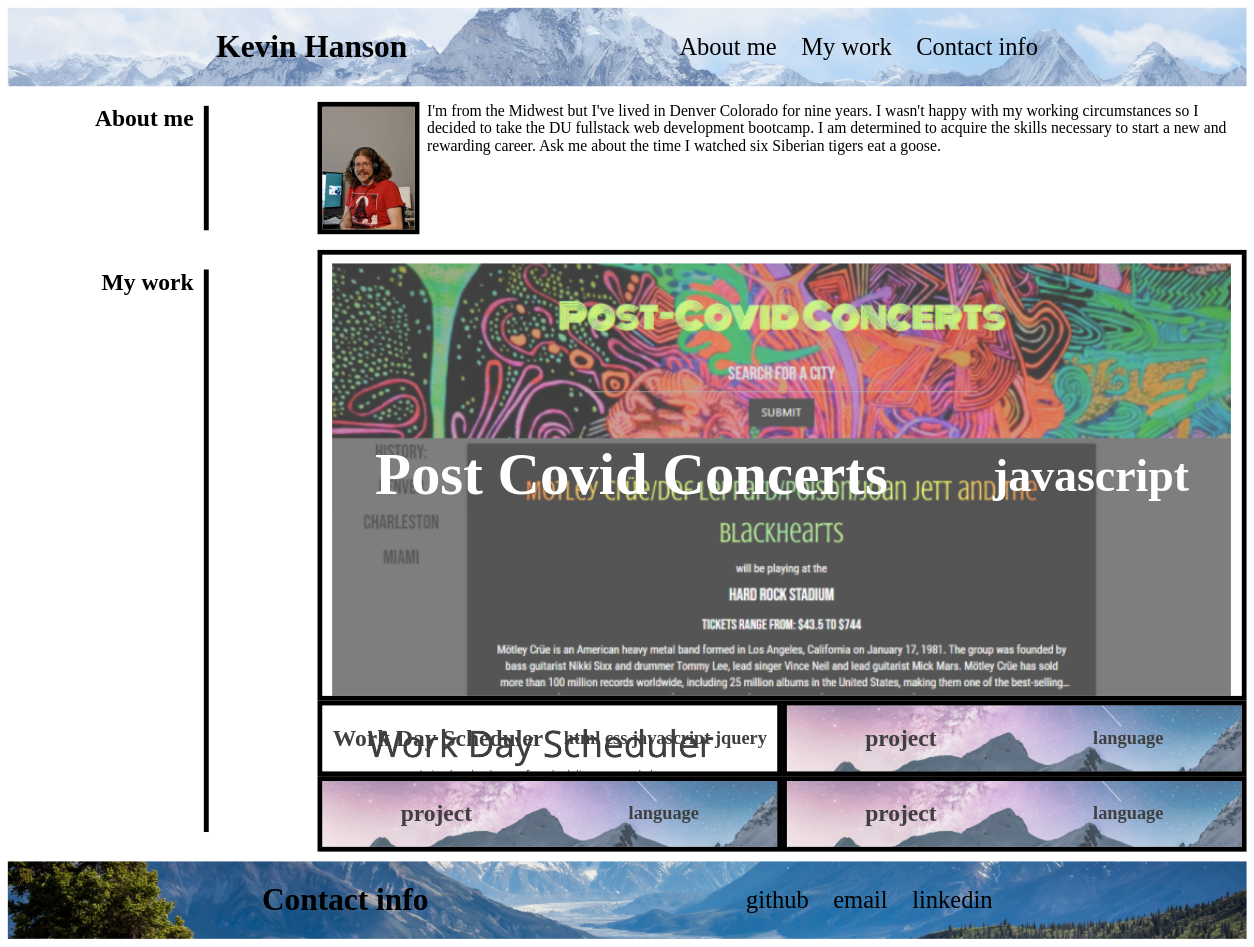
Repository: ziffoit/Projects-Portfolio
Page: index.html
The author's editor kept a copy of each file at every save. The page is drawn from the files as they stood at one save, then again after the next save.
The browser window is 1280 px wide. The pictures show the whole page, at 98% of full size.

Above is the page before, as saved 2021-04-11 14:05:11.

### index.html
<!DOCTYPE html>
<html lang="en">
  <head>
    <meta charset="UTF-8" />
    <meta name="viewport" content="width=device-width, initial-scale=1.0" />
    <link rel="stylesheet" href="Assets/css/reset.css" />
    <link rel="stylesheet" href="Assets/css/style.css" />
    <title>Kevin Hanson's portfolio</title>
  </head>
  <body>
    <header>
      <h1>Kevin Hanson</h1>
      <ul class="list">
        <li><a href="#About-me">About me</a></li>
        <li><a href="#My-work">My work</a></li>
        <li><a href="#Contact-info">Contact info</a></li>
      </ul>
    </header>
    <main>
      <section id="About-me" class="main">
        <h2>About me</h2>
        <div>
          <p>
            <img
              src="./Assets/PXL_20210210_011935753.MP.jpg"
              alt="GOJIRA! Also me."
            />

            I'm from the Midwest but I've lived in Denver Colorado for nine
            years. I wasn't happy with my working circumstances so I decided to
            take the DU fullstack web development bootcamp. I am determined to
            acquire the skills necessary to start a new and rewarding career.
            Ask me about the time I watched six Siberian tigers eat a goose.
          </p>
        </div>
      </section>
      <section id="My-work" class="main">
        <h2>My work</h2>
        <div class="flex-container">
          <a
            class="flex-item"
            href="https://github.com/ziffoit/concerts-in-covid"
            target="_blank"
          >
            <section class="card" id="main-project">
              <h2>Post Covid Concerts</h2>
              <h3>javascript</h3>
            </section>
          </a>
          <a
            class="flex-item"
            href="https://ziffoit.github.io/Work-Day_Scheduler/"
            target="_blank"
          >
            <section class="card" id="scheduler">
              <h2>Work Day Scheduler</h2>
              <h3>html css javascript jquery</h3>
            </section>
          </a>

          <a class="flex-item" href="">
            <section class="card">
              <h2>project</h2>
              <h3>language</h3>
            </section>
          </a>

          <a class="flex-item" href="">
            <section class="card">
              <h2>project</h2>
              <h3>language</h3>
            </section>
          </a>

          <a class="flex-item" href="">
            <section class="card">
              <h2>project</h2>
              <h3>language</h3>
            </section>
          </a>
        </div>
      </section>
    </main>
    <footer id="Contact-info">
      <h1>Contact info</h1>
      <ul class="list">
        <li><a target="_blank" href="https://github.com/ziffoit">github</a></li>
        <li><a target="_blank" href="mailto:ziffoit@gmail.com">email</a></li>
        <li>
          <a
            target="_blank"
            href="https://www.linkedin.com/in/kevin-hanson-516598202/"
            >linkedin</a
          >
        </li>
      </ul>
    </footer>
  </body>
</html>

### Assets/css/style.css
body {
  min-width: 320px;
}
/* header with background image */
header {
  display: flex;
  flex-wrap: wrap;
  justify-content: space-evenly;
  background-image: url("../rohit-tandon-9wg5jCEPBsw-unsplash.jpg");
  background-size: cover;
  background-position: center;
}

/* instead of nav bar */
.list {
  display: flex;
  flex-wrap: wrap;
  list-style: none;
  padding-top: 10px;
}

header a {
  color: black;
  font-size: 25px;
  margin-left: 25px;
}

/* no underline */
a {
  text-decoration: none;
}

/* seperating the main */
.main {
  display: flex;
  flex-direction: row;
  flex-wrap: wrap;
  justify-content: space-between;
  align-items: stretch;
}

/* just the h2 in main */
.main > h2 {
  flex: 0 0 15%;
  text-align: right;
  border-right: 5px solid black;
  padding-right: 10px;
}

.main div {
  flex: 0 0 75%;
}

/* my picture in about me */
img {
  height: 125px;
  margin-right: 8px;
  display: inline-block;
  border: 5px solid black;
}

.main div p {
  display: inline-flex;
}

.flex-container {
  display: flex;
  justify-content: center;
  flex-wrap: wrap;
}

/* project styling */
#main-project {
  background-image: url("../concertApp.png");
  background-size: cover;
  background-position: top;
  display: flex;
  width: 100%;
  height: 100%;
  align-items: center;
  justify-content: space-around;
  color: white;
  font-size: 40px;
}

#scheduler {
  background-image: url("../Work-Day_Scheduler.png");
  background-size: cover;
  background-position: top;
}

/* all cards */
.flex-item {
  display: flex;
  align-items: flex-end;
  flex-basis: calc(50% - 10px);
  border: 5px solid black;
}

/* just the big project */
.flex-item:first-child {
  flex-basis: 100%;
  min-height: 450px;
}

/* all other projects */
.card {
  background-image: url("../benjamin-voros-phIFdC6lA4E-unsplash.jpg");
  background-size: cover;
  background-position: center;
  display: flex;
  width: 100%;
  height: 100%;
  align-items: center;
  justify-content: space-around;
  color: black;
  opacity: 0.75;
}

/* visual style */
.card:hover {
  opacity: 1;
}

/* footer with background image */
footer {
  display: flex;
  flex-wrap: wrap;
  justify-content: space-evenly;
  background-image: url("../kalen-emsley-Bkci_8qcdvQ-unsplash.jpg");
  background-size: cover;
  background-position: center;
  margin-top: 10px;
}

footer a {
  color: black;
  font-size: 25px;
  margin-left: 25px;
}

/* screen responsiveness */
@media screen and (max-width: 992px) {
  .card {
    width: 50%;
  }
}

@media screen and (max-width: 768px) {
  .card {
    width: 100%;
  }
}

Loaded but not shown: Assets/css/reset.css (no stored copy; drawn as an empty file)

After the next save:
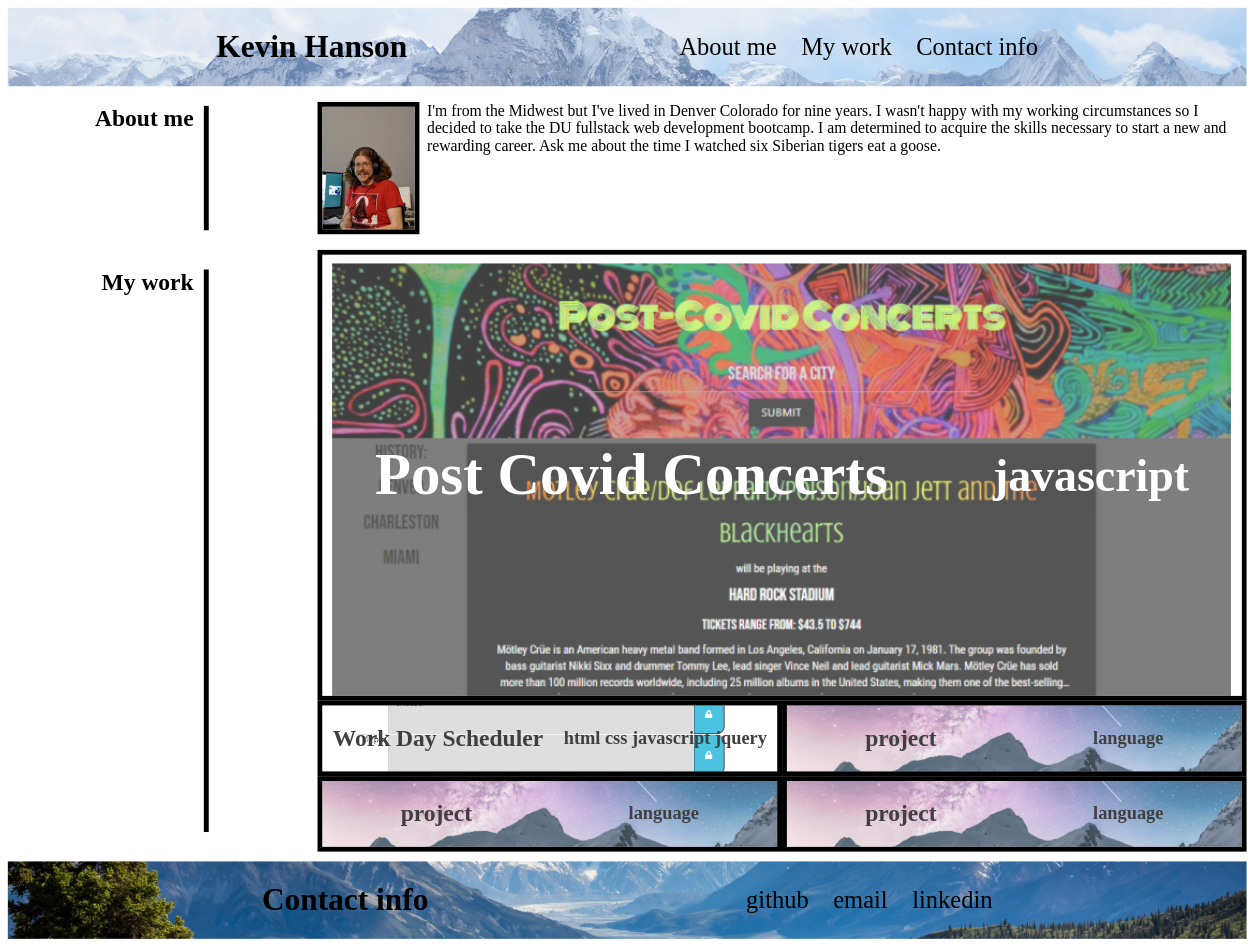
Saved 33 s later.
--- a/Assets/css/style.css
+++ b/Assets/css/style.css
@@ -86,7 +86,7 @@
 #scheduler {
   background-image: url("../Work-Day_Scheduler.png");
   background-size: cover;
-  background-position: top;
+  background-position: center;
 }
 
 /* all cards */
